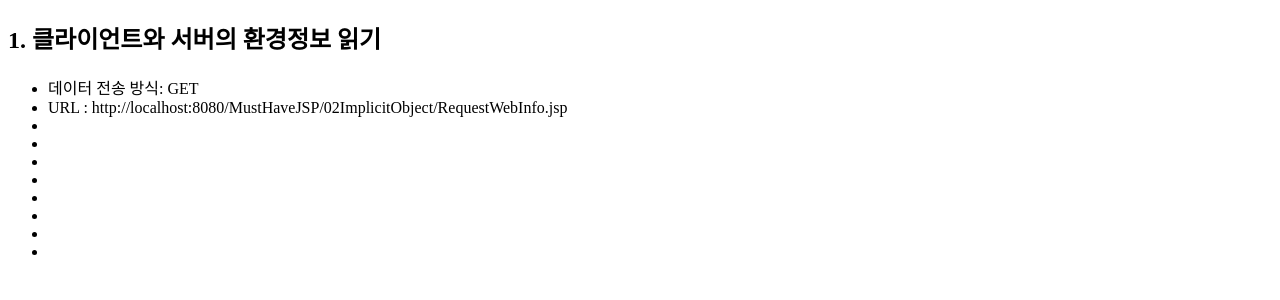
Repository: devgolol/JSP-_Servlet
Page: http://localhost/MustHaveJSP/02ImplicitObject/RequestWebInfo.jsp
An editor plug-in stored every save of this project. The page is shown before and after the next save, followed by the edit.
The browser window is 1280 px wide. The pictures show the whole page.
The page is served by Tomcat 10.

Above is the page before, as saved 2025-05-02 05:59:58.

After the next save:
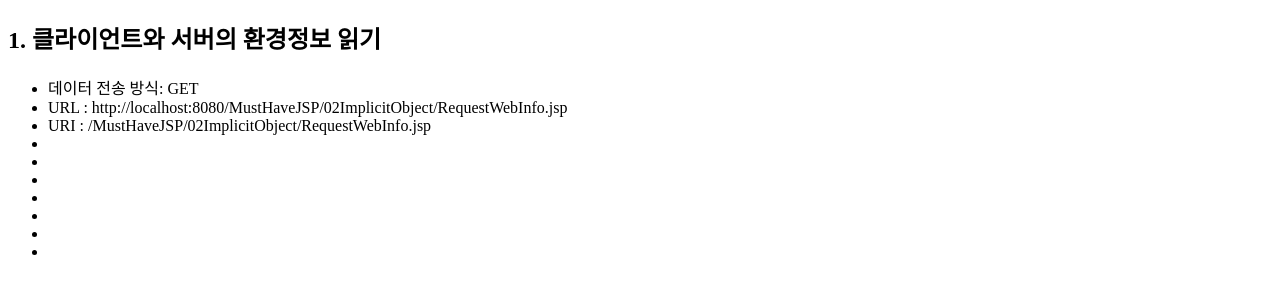
Saved 29 s later.
--- a/MustHaveJSP/src/main/webapp/02ImplicitObject/RequestWebInfo.jsp
+++ b/MustHaveJSP/src/main/webapp/02ImplicitObject/RequestWebInfo.jsp
@@ -11,7 +11,7 @@
 	<ul>
 		<li>데이터 전송 방식: <%=request.getMethod() %></li>
 		<li>URL : <%= request.getRequestURL() %></li>
-		<li></li>
+		<li>URI : <%= request.getRequestURI() %></li>
 		<li></li>
 		<li></li>
 		<li></li>
